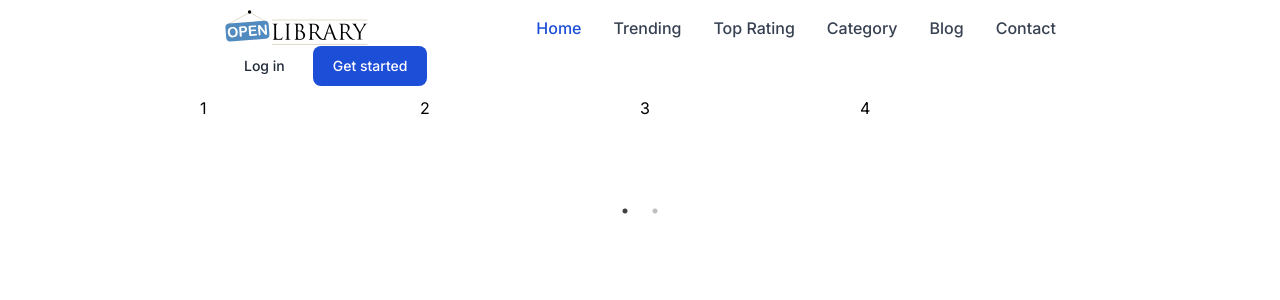
Repository: XuanKhanhHoang/Library-System-Frontend
Page: /
These files come from the project's save history. The page is drawn as it stood at one moment and after the next save; the edit follows.
The browser window is 1280 px wide. The pictures show the whole page.
The project was rebuilt for these pictures with package versions that can differ from the ones it lists, and the page was loaded fresh each time. The framework's server and built-in components were replaced by stand-ins that run in the browser. Also part of the build but not shown: next.config.mjs.

Above is the page before, as saved 2024-09-22 00:48:29.

After the next save:
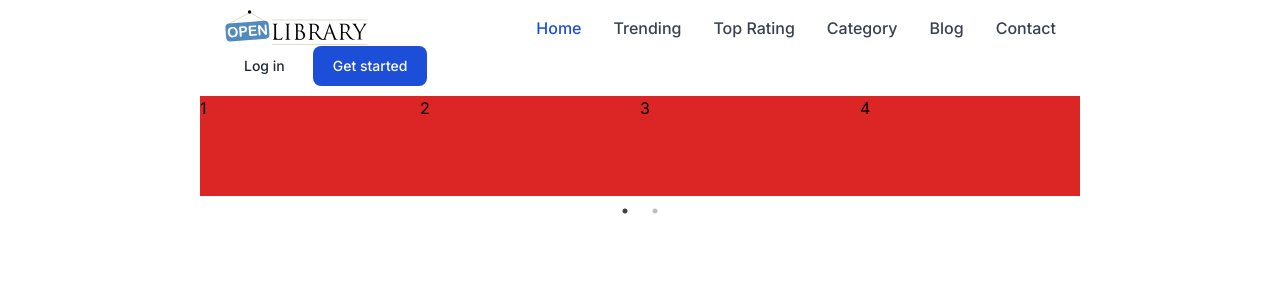
Saved 11 s later.
--- a/src/app/page.tsx
+++ b/src/app/page.tsx
@@ -44,7 +44,7 @@
     <div className="slider-container">
       <Slider {...settings}>
         {object.map((i, index) => (
-          <div className="w-[100px] h-[100px] bg-red" key={index}>
+          <div className="w-[100px] h-[100px] bg-red-600" key={index}>
             <h1>{i}</h1>
           </div>
         ))}
